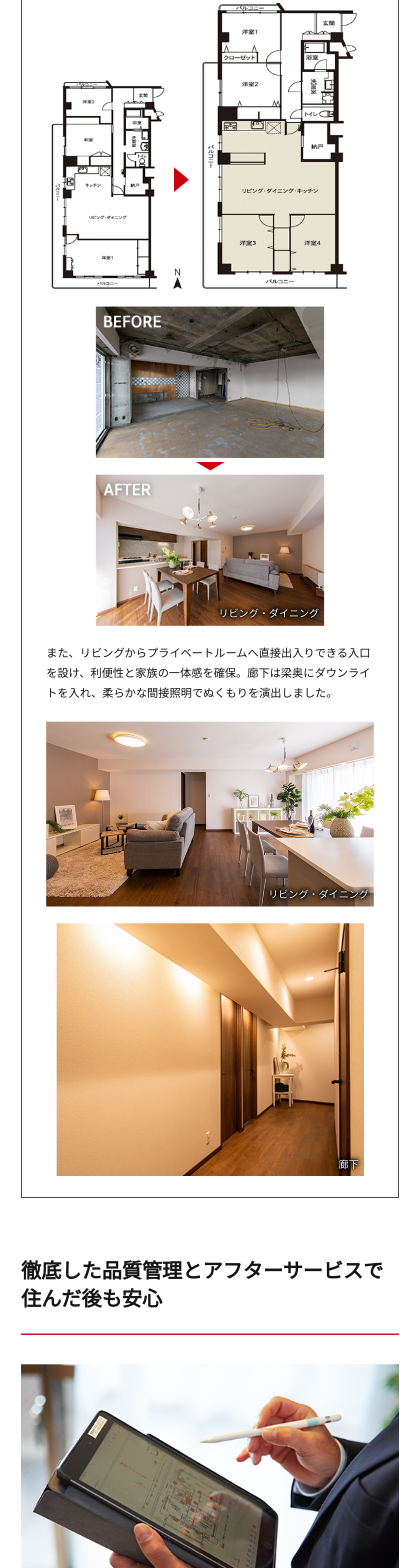
Repository: duongspm/group-kansai_new-data
Page: group-kansai_new/pickup/column07.html
An editor plug-in stored every save of this project. The page is shown before and after the next save, followed by the edit.
The browser window is 600 px wide. The pictures show the part of the page from y = 4260 to 6500 px (the page is 8250 px tall before and 8473 px after), at 70% of full size.

Above is the page before, as saved 2023-06-30 16:36:47.

After the next save:
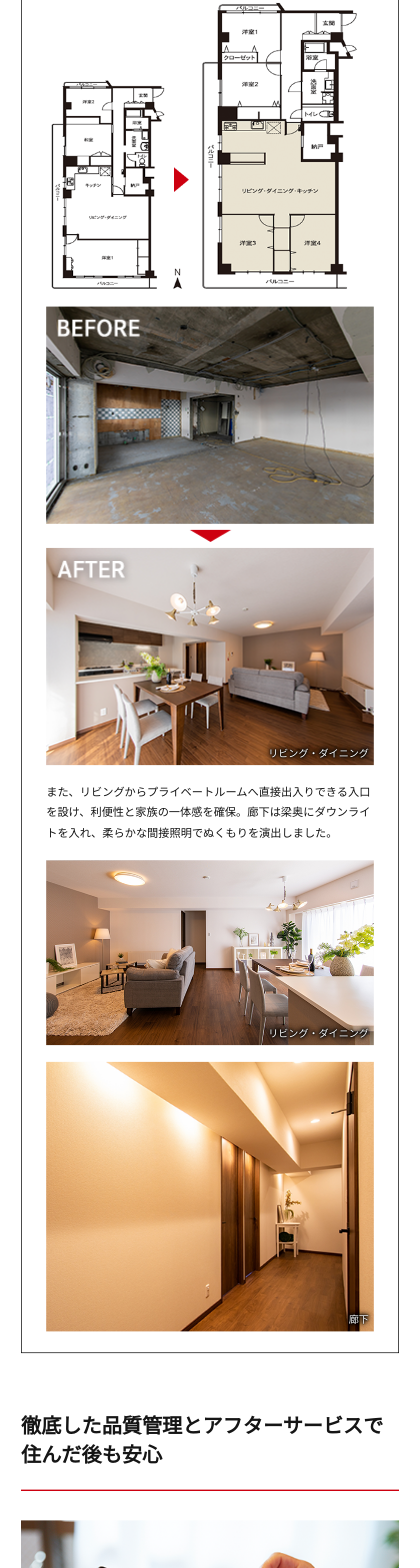
Saved 4 s later.
--- a/group-kansai_new/pickup/css/column.css
+++ b/group-kansai_new/pickup/css/column.css
@@ -241,7 +241,7 @@
     }
     .column07__box .flex .flex__right{
         width: 100%;
-        justify-content: center;
+        display: block;
     }
     .column07__box .flex .flex__left .box__img img{
         width: 100%;
